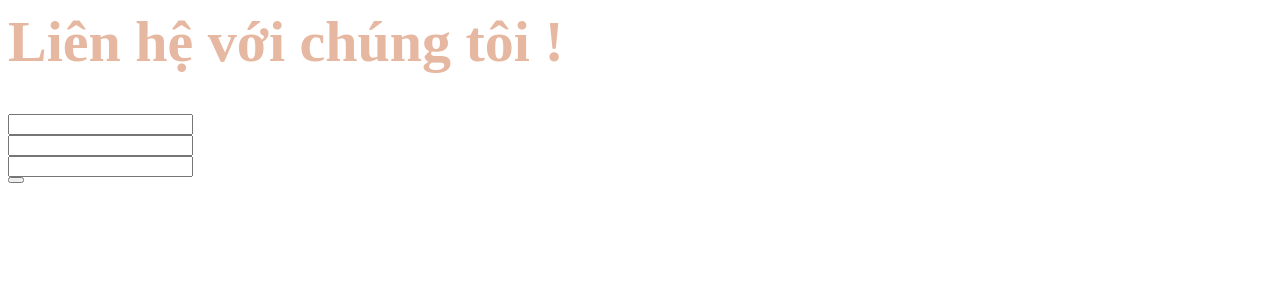
Repository: mingbeo100-boop/website_bancheonline
Page: http://localhost/pages/lienhe.php
The author's editor kept a copy of each file at every save. The page is drawn from the files as they stood at one save, then again after the next save.
The browser window is 1280 px wide. The pictures show the whole page.
The page is run by PHP 8.4 with error messages shown; the project is at /var/www/html/.

Above is the page before, as saved 2025-11-27 07:56:35.

### pages/lienhe.php
    <style>
        h1 {
            font-family: 'Dancing Script', cursive;
            color: #E6B8A2;
            font-size: 58px;
        }
    </style>

    <h1 class="text-center">Liên hệ với chúng tôi !</h1>

    <form>
        <input type="text" name="name" required> <br>
        <input type="number" name="number" required> <br>
        <input type="email" name="email" required> <br>
        <button type="submit" value="GỬI"></button>
    </form>

After the next save:
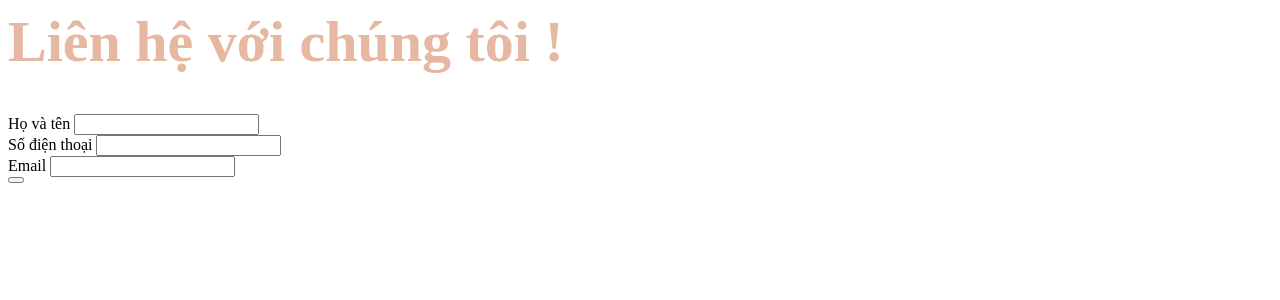
Saved 56 s later.
--- a/pages/lienhe.php
+++ b/pages/lienhe.php
@@ -9,8 +9,11 @@
     <h1 class="text-center">Liên hệ với chúng tôi !</h1>
 
     <form>
+        <label>Họ và tên</label>
         <input type="text" name="name" required> <br>
+        <label>Số điện thoại</label>
         <input type="number" name="number" required> <br>
+        <label>Email</label>
         <input type="email" name="email" required> <br>
         <button type="submit" value="GỬI"></button>
     </form>
